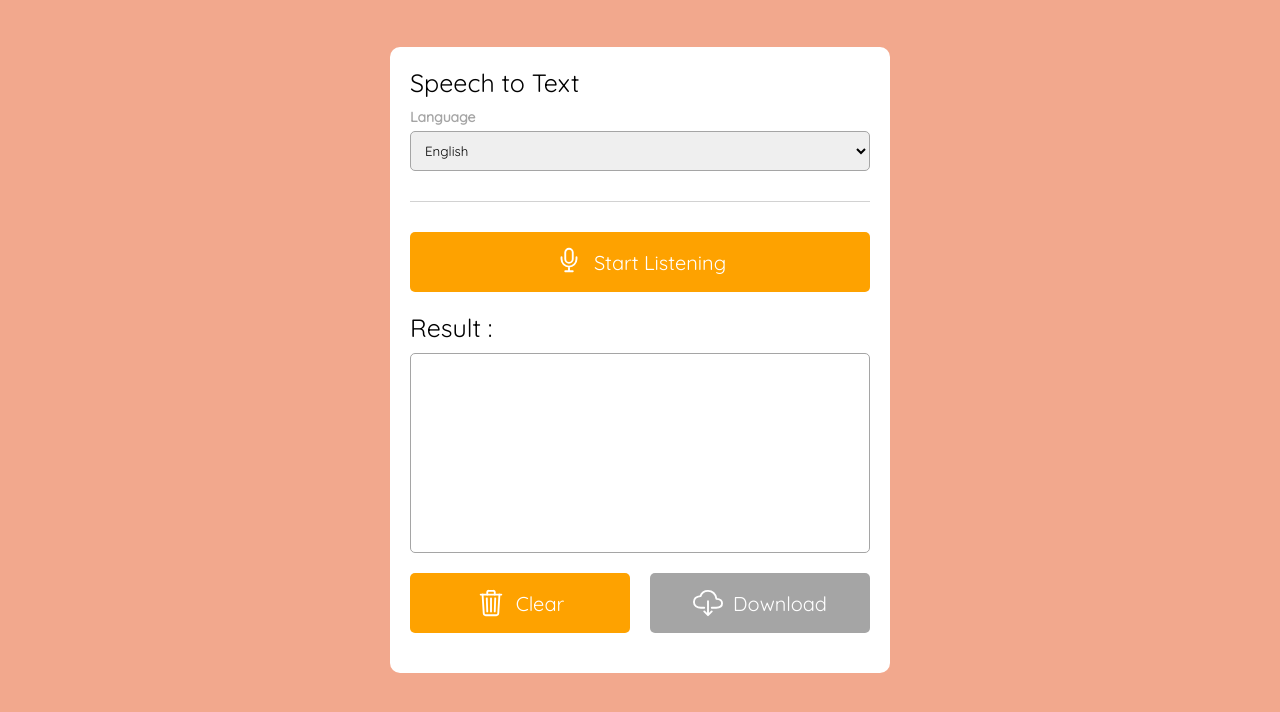
Repository: tsthuy/SpeechToText
Page: index.html
The author's editor kept a copy of each file at every save. The page is drawn from the files as they stood at one save, then again after the next save.
The browser window is 1280 px wide. The pictures show the whole page.

Above is the page before, as saved 2023-08-28 03:30:02.

### index.html
<!DOCTYPE html>
<html lang="en">
  <head>
    <meta charset="UTF-8" />
    <meta http-equiv="X-UA-Compatible" content="IE=edge" />
    <meta name="viewport" content="width=device-width, initial-scale=1.0" />
    <link href="./images/icon.png" rel="shortcut icon" type="image/vnd.microsoft.icon" />
    <link rel="stylesheet" href="style.css" />
    <link href='https://fonts.googleapis.com/css?family=Quicksand' rel='stylesheet'>
    <title>Speech to Text</title>
  </head>
  <body>
    <div class="container">
      <p class="heading">Speech to Text</p>
      <div class="options">
        <div class="anguage">
          <p>Language</p>
          <select name="input-language" id="language"></select>
        </div>
      </div>
      <div class="line"></div>
      <button class="btn record">
        <div class="icon">
          <ion-icon name="mic-outline"></ion-icon>
          <img src="record.svg" alt="" />
        </div>
        <p>Start Listening</p>
      </button>
      <p class="heading">Result :</p>
      <div
        class="result"
        spellcheck="false"
        placeholder="Text will be shown here"
      >
        <p class="interim"></p>
      </div>
      <div class="buttons">
        <button class="btn clear">
          <ion-icon name="trash-outline"></ion-icon>
          <p>Clear</p>
        </button>
        <button class="btn download" disabled>
          <ion-icon name="cloud-download-outline"></ion-icon>
          <p>Download</p>
        </button>
      </div>
    </div>

    <!-- IONICONS -->
    <script
      type="module"
      src="https://unpkg.com/ionicons@5.5.2/dist/ionicons/ionicons.esm.js"
    ></script>
    <script
      nomodule
      src="https://unpkg.com/ionicons@5.5.2/dist/ionicons/ionicons.js"
    ></script>

    <!-- LANGUAGES -->
    <script src="languages.js"></script>

    <!-- SCRIPT -->
    <script src="script.js"></script>
  </body>
</html>

### style.css

:root {
  --primary-color: #FEA200;
  --bg-color: #fff;
  --text-color: #000;
  --light-text-color: #a5a5a5;
  --body-bg-color: #F2A88D;
}
* {
  margin: 0;
  padding: 0;
  box-sizing: border-box;
  font-family: "Quicksand", sans-serif;
}
body {
  min-height: 100vh;
  display: flex;
  align-items: center;
  justify-content: center;
  background-color: var(--body-bg-color);
  color: var(--text-color);
}
.container {
  width: 500px;
  padding: 20px;
  border-radius: 10px;
  background-color: var(--bg-color);
}
.container .heading {
  font-size: 25px;
  font-weight: 500;
  margin-bottom: 10px;
}
.container .options select {
  width: 100%;
  padding: 10px;
  border: 1px solid var(--light-text-color);
  border-radius: 5px;
  outline: none;
}
.container .options div:not(:last-child) select {
  margin-bottom: 20px;
}

.container .options p {
  font-size: 14px;
  font-weight: 600;
  margin-bottom: 5px;
  color: var(--light-text-color);
}
.container .line {
  position: relative;
  width: 100%;
  height: 1px;
  background-color: var(--light-text-color);
  opacity: 0.5;
  margin: 30px 0;
}
.btn {
  display: flex;
  align-items: center;
  justify-content: center;
  gap: 10px;
  margin-bottom: 20px;
  height: 60px;
  padding: 20px;
  width: 100%;
  outline: none;
  border: none;
  border-radius: 5px;
  font-size: 20px;
  font-weight: 500;
  cursor: pointer;
  color: #fff;
  background-color: var(--primary-color);
}
.btn ion-icon {
  font-size: 30px;
}
.btn:disabled {
  background-color: var(--light-text-color);
  cursor: not-allowed;
}
.container .record img {
  width: 30px;
  height: 30px;
  display: none;
}
.container .record.recording img {
  display: block;
}
.container .record.recording ion-icon {
  display: none;
}
.container .result {
  width: 100%;
  min-height: 200px;
  padding: 10px;
  border: 1px solid var(--light-text-color);
  border-radius: 5px;
  font-size: 18px;
  font-weight: 500;
  margin-bottom: 20px;
  color: var(--text-color);
}
.container .result p {
  display: inline;
  margin-left: 3px;
  color: var(--light-text-color);
}
.buttons {
  display: flex;
  gap: 20px;
}

### languages.js
const languages = [
  {
    no: "16",
    name: "English",
    native: "English",
    code: "en",
  },
  {
    no: "1",
    name: "Afrikaans",
    native: "Afrikaans",
    code: "af",
  },
  {
    no: "2",
    name: "Albanian",
    native: "Shqip",
    code: "sq",
  },
  {
    no: "3",
    name: "Arabic",
    native: "عربي",
    code: "ar",
  },
  {
    no: "4",
    name: "Armenian",
    native: "Հայերէն",
    code: "hy",
  },
  {
    no: "5",
    name: "Azerbaijani",
    native: "آذربایجان دیلی",
    code: "az",
  },
  {
    no: "6",
    name: "Basque",
    native: "Euskara",
    code: "eu",
  },
  {
    no: "7",
    name: "Belarusian",
    native: "Беларуская",
    code: "be",
  },
  {
    no: "8",
    name: "Bulgarian",
    native: "Български",
    code: "bg",
  },
  {
    no: "9",
    name: "Catalan",
    native: "Català",
    code: "ca",
  },
  {
    no: "10",
    name: "Chinese (Simplified)",
    native: "中文简体",
    code: "zh-CN",
  },
  {
    no: "11",
    name: "Chinese (Traditional)",
    native: "中文繁體",
    code: "zh-TW",
  },
  {
    no: "12",
    name: "Croatian",
    native: "Hrvatski",
    code: "hr",
  },
  {
    no: "13",
    name: "Czech",
    native: "Čeština",
    code: "cs",
  },
  {
    no: "14",
    name: "Danish",
    native: "Dansk",
    code: "da",
  },
  {
    no: "15",
    name: "Dutch",
    native: "Nederlands",
    code: "nl",
  },
  {
    no: "17",
    name: "Estonian",
    native: "Eesti keel",
    code: "et",
  },
  {
    no: "18",
    name: "Filipino",
    native: "Filipino",
    code: "tl",
  },
  {
    no: "19",
    name: "Finnish",
    native: "Suomi",
    code: "fi",
  },
  {
    no: "20",
    name: "French",
    native: "Français",
    code: "fr",
  },
  {
    no: "21",
    name: "Galician",
    native: "Galego",
    code: "gl",
  },
  {
    no: "22",
    name: "Georgian",
    native: "ქართული",
    code: "ka",
  },
  {
    no: "23",
    name: "German",
    native: "Deutsch",
    code: "de",
  },
  {
    no: "24",
    name: "Greek",
    native: "Ελληνικά",
    code: "el",
  },
  {
    no: "25",
    name: "Haitian Creole",
    native: "Kreyòl ayisyen",
    code: "ht",
  },
  {
    no: "26",
    name: "Hebrew",
    native: "עברית",
    code: "iw",
  },
  {
    no: "27",
    name: "Hindi",
    native: "हिन्दी",
    code: "hi",
  },
  {
    no: "28",
    name: "Hungarian",
    native: "Magyar",
    code: "hu",
  },
  {
    no: "29",
    name: "Icelandic",
    native: "Íslenska",
    code: "is",
  },
  {
    no: "30",
    name: "Indonesian",
    native: "Bahasa Indonesia",
    code: "id",
  },
  {
    no: "31",
    name: "Irish",
    native: "Gaeilge",
    code: "ga",
  },
  {
    no: "32",
    name: "Italian",
    native: "Italiano",
    code: "it",
  },
  {
    no: "33",
    name: "Japanese",
    native: "日本語",
    code: "ja",
  },
  {
    no: "34",
    name: "Korean",
    native: "한국어",
    code: "ko",
  },
  {
    no: "35",
    name: "Latvian",
    native: "Latviešu",
    code: "lv",
  },
  {
    no: "36",
    name: "Lithuanian",
    native: "Lietuvių kalba",
    code: "lt",
  },
  {
    no: "37",
    name: "Macedonian",
    native: "Македонски",
    code: "mk",
  },
  {
    no: "38",
    name: "Malay",
    native: "Malay",
    code: "ms",
  },
  {
    no: "39",
    name: "Maltese",
    native: "Malti",
    code: "mt",
  },
  {
    no: "40",
    name: "Norwegian",
    native: "Norsk",
    code: "no",
  },
  {
    no: "41",
    name: "Persian",
    native: "فارسی",
    code: "fa",
  },
  {
    no: "42",
    name: "Polish",
    native: "Polski",
    code: "pl",
  },
  {
    no: "43",
    name: "Portuguese",
    native: "Português",
    code: "pt",
  },
  {
    no: "44",
    name: "Romanian",
    native: "Română",
    code: "ro",
  },
  {
    no: "45",
    name: "Russian",
    native: "Русский",
    code: "ru",
  },
  {
    no: "46",
    name: "Serbian",
    native: "Српски",
    code: "sr",
  },
  {
    no: "47",
    name: "Slovak",
    native: "Slovenčina",
    code: "sk",
  },
  {
    no: "48",
    name: "Slovenian",
    native: "Slovensko",
    code: "sl",
  },
  {
    no: "49",
    name: "Spanish",
    native: "Español",
    code: "es",
  },
  {
    no: "50",
    name: "Swahili",
    native: "Kiswahili",
    code: "sw",
  },
  {
    no: "51",
    name: "Swedish",
    native: "Svenska",
    code: "sv",
  },
  {
    no: "52",
    name: "Thai",
    native: "ไทย",
    code: "th",
  },
  {
    no: "53",
    name: "Turkish",
    native: "Türkçe",
    code: "tr",
  },
  {
    no: "54",
    name: "Ukrainian",
    native: "Українська",
    code: "uk",
  },
  {
    no: "55",
    name: "Urdu",
    native: "اردو",
    code: "ur",
  },
  {
    no: "56",
    name: "Vietnamese",
    native: "Tiếng Việt",
    code: "vi",
  },
  {
    no: "57",
    name: "Welsh",
    native: "Cymraeg",
    code: "cy",
  },
  {
    no: "58",
    name: "Yiddish",
    native: "ייִדיש",
    code: "yi",
  },
];

### script.js
const recordBtn = document.querySelector(".record"),
  result = document.querySelector(".result"),
  downloadBtn = document.querySelector(".download"),
  inputLanguage = document.querySelector("#language"),
  clearBtn = document.querySelector(".clear");

let SpeechRecognition =
    window.SpeechRecognition || window.webkitSpeechRecognition,
  recognition,
  recording = false;

function populateLanguages() {
  languages.forEach((lang) => {
    const option = document.createElement("option");
    option.value = lang.code;
    option.innerHTML = lang.name;
    inputLanguage.appendChild(option);
  });
}

populateLanguages();

function speechToText() {
  try {
    recognition = new SpeechRecognition();
    recognition.lang = inputLanguage.value;
    recognition.interimResults = true;
    recordBtn.classList.add("recording");
    recordBtn.querySelector("p").innerHTML = "Listening...";
    recognition.start();
    recognition.onresult = (event) => {
      const speechResult = event.results[0][0].transcript;
      //detect when intrim results
      if (event.results[0].isFinal) {
        result.innerHTML += " " + speechResult;
        result.querySelector("p").remove();
      } else {
        //creative p with class interim if not already there
        if (!document.querySelector(".interim")) {
          const interim = document.createElement("p");
          interim.classList.add("interim");
          result.appendChild(interim);
        }
        //update the interim p with the speech result
        document.querySelector(".interim").innerHTML = " " + speechResult;
      }
      downloadBtn.disabled = false;
    };
    recognition.onspeechend = () => {
      speechToText();
    };
    recognition.onerror = (event) => {
      stopRecording();
      if (event.error === "no-speech") {
        alert("No speech was detected. Stopping...");
      } else if (event.error === "audio-capture") {
        alert(
          "No microphone was found. Ensure that a microphone is installed."
        );
      } else if (event.error === "not-allowed") {
        alert("Permission to use microphone is blocked.");
      } else if (event.error === "aborted") {
        alert("Listening Stopped.");
      } else {
        alert("Error occurred in recognition: " + event.error);
      }
    };
  } catch (error) {
    recording = false;

    console.log(error);
  }
}

recordBtn.addEventListener("click", () => {
  if (!recording) {
    speechToText();
    recording = true;
  } else {
    stopRecording();
  }
});

function stopRecording() {
  recognition.stop();
  recordBtn.querySelector("p").innerHTML = "Start Listening";
  recordBtn.classList.remove("recording");
  recording = false;
}

function download() {
  const text = result.innerText;
  const filename = "speech.txt";

  const element = document.createElement("a");
  element.setAttribute(
    "href",
    "data:text/plain;charset=utf-8," + encodeURIComponent(text)
  );
  element.setAttribute("download", filename);
  element.style.display = "none";
  document.body.appendChild(element);
  element.click();
  document.body.removeChild(element);
}

downloadBtn.addEventListener("click", download);

clearBtn.addEventListener("click", () => {
  result.innerHTML = "";
  downloadBtn.disabled = true;
});

After the next save:
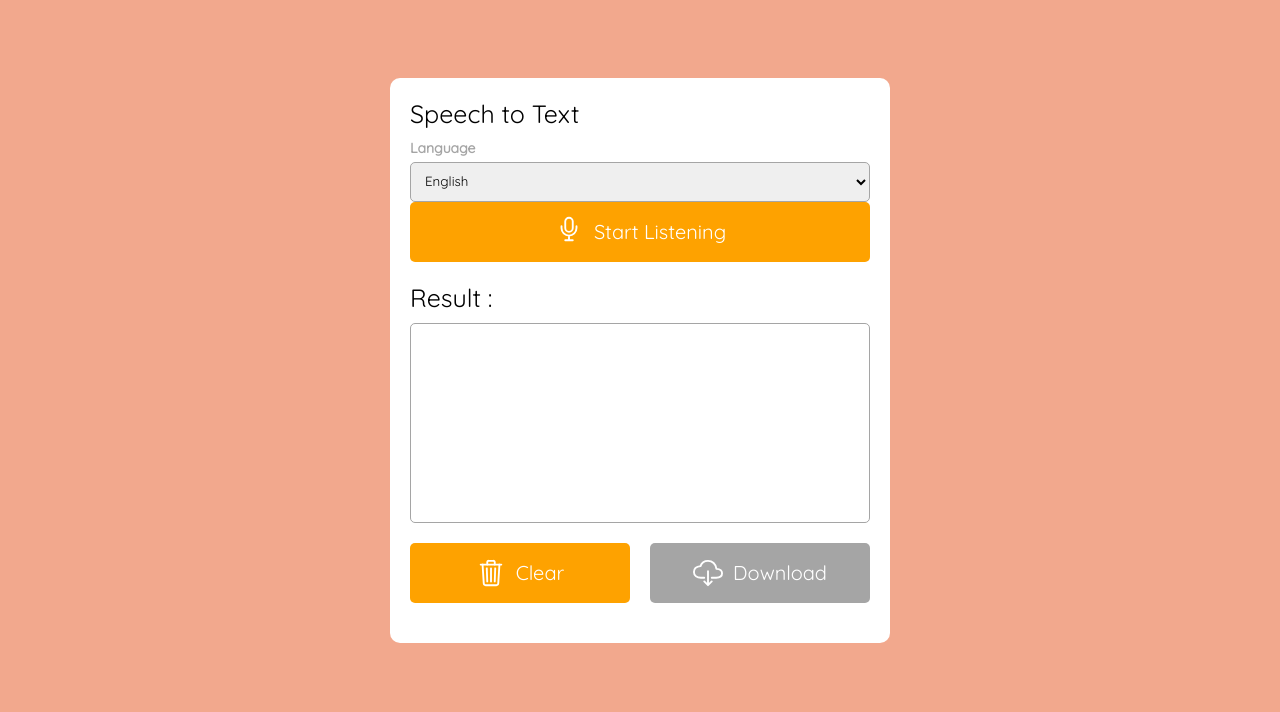
Saved 23 s later.
--- a/index.html
+++ b/index.html
@@ -18,7 +18,6 @@
           <select name="input-language" id="language"></select>
         </div>
       </div>
-      <div class="line"></div>
       <button class="btn record">
         <div class="icon">
           <ion-icon name="mic-outline"></ion-icon>
